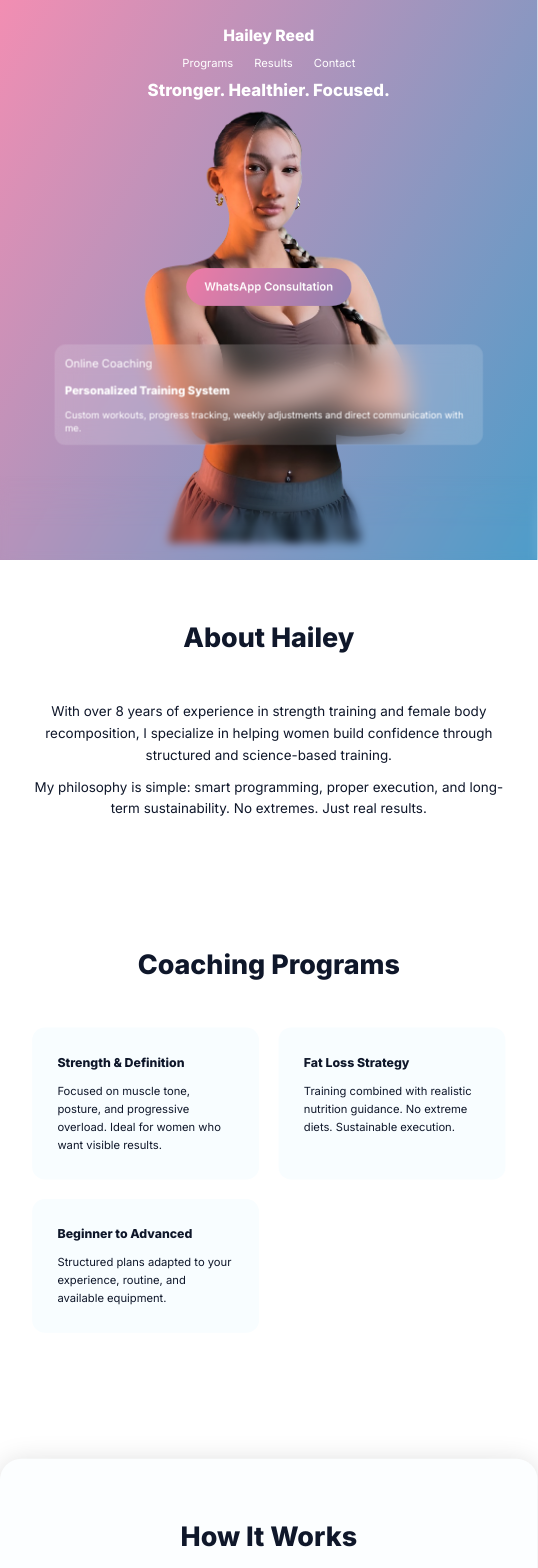
Repository: davidfsillva/Hailey-Reed-Coaching
Page: index.html
The author's editor kept a copy of each file at every save. The page is drawn from the files as they stood at one save, then again after a run of saves.
The browser window is 768 px wide. The pictures show the part of the page from y = 0 to 2240 px (the page is 5196 px tall), at 70% of full size.

Above is the page before, as saved 2026-02-12 12:06:41.

### index.html
<!DOCTYPE html>
<html lang="en">
<head>
  <meta charset="UTF-8" />
  <meta name="viewport" content="width=device-width, initial-scale=1.0" />
  <title>Personal Trainer | Online Coaching</title>
  <link rel="stylesheet" href="style.css" />
  <link rel="preconnect" href="https://fonts.googleapis.com">
  <link rel="preconnect" href="https://fonts.gstatic.com" crossorigin>
  <link href="https://fonts.googleapis.com/css2?family=Inter:wght@400;600;800&display=swap" rel="stylesheet">
</head>
<body>

<header class="hero">
  <nav class="nav">
    <h1 class="logo">Hailey Reed</h1>
    <div class="nav-links">
      <a href="#programs">Programs</a>
      <a href="#results">Results</a>
      <a href="#ct">Contact</a>
    </div>
  </nav>

  <img class="hero-img" src="img/Photoroom_20260211_45117 PM.png" alt="Trainer" />

  <div class="hero-gradient"></div>

  <div class="hero-content">
    <div class="hero-text">
<h2 class="hero-title">
  Stronger. <br>
  Healthier. <br>
  Focused.
</h2>

      <p>
        Evidence-based training designed for women who <br>
        want real strength, visible definition, and long-term <br>
        consistency — without wasting time.
      </p>
      <div class="cta-group hero-cta">
        <a href="https://wa.me/5599999999999" target="_blank" class="btn primary whatsapp-btn">
          WhatsApp Consultation
        </a>
      </div>
    </div>

    <div class="hero-card">
      <span class="tag">Online Coaching</span>
      <h3>Personalized Training System</h3>
      <p>
        Custom workouts, progress tracking, weekly adjustments
        and direct communication with me.
      </p>
    </div>
  </div>
</header>

<!-- ABOUT SECTION -->
<section class="section">
  <h3>About Hailey</h3>
  <div class="testimonial">
    <p>
      With over 8 years of experience in strength training and female body
      recomposition, I specialize in helping women build confidence through
      structured and science-based training.
    </p>
    <p>
      My philosophy is simple: smart programming, proper execution,
      and long-term sustainability. No extremes. Just real results.
    </p>
  </div>
</section>

<section id="programs" class="section">
  <h3>Coaching Programs</h3>

  <div class="cards">
    <div class="card">
      <h4>Strength & Definition</h4>
      <p>
        Focused on muscle tone, posture, and progressive overload.
        Ideal for women who want visible results.
      </p>
    </div>

    <div class="card">
      <h4>Fat Loss Strategy</h4>
      <p>
        Training combined with realistic nutrition guidance.
        No extreme diets. Sustainable execution.
      </p>
    </div>

    <div class="card">
      <h4>Beginner to Advanced</h4>
      <p>
        Structured plans adapted to your experience, routine,
        and available equipment.
      </p>
    </div>
  </div>
</section>

<!-- HOW IT WORKS -->
<section class="section dark">
  <h3>How It Works</h3>

  <div class="cards">
    <div class="card">
      <h4>1. Initial Consultation</h4>
      <p>
        We discuss your goals, routine, training history,
        and current physical condition.
      </p>
    </div>

    <div class="card">
      <h4>2. Custom Plan Creation</h4>
      <p>
        A personalized workout structure is designed
        specifically for your body and objectives.
      </p>
    </div>

    <div class="card">
      <h4>3. Weekly Adjustments</h4>
      <p>
        Progress tracking and adjustments ensure continuous
        improvement and optimal results.
      </p>
    </div>
  </div>
</section>

<section id="results" class="section dark">
  <h3>Client Feedback</h3>

  <div class="testimonial">
    <p>
      “This coaching completely changed how I train.
      Every session has a clear purpose and I finally feel strong.”
    </p>
    <span>— Samantha M.</span>
  </div>
</section>

<!-- TRANSFORMATION PROCESS -->
<section class="section">
  <h3>The Transformation Process</h3>

  <div class="testimonial">
    <p>
      Sustainable transformation is not about intensity —
      it's about consistency.
    </p>
    <p>
      Through progressive overload, intelligent recovery,
      and realistic nutrition, we create measurable and lasting results.
    </p>
  </div>
</section>

<!-- FAQ -->
<section class="section">
  <h3>Frequently Asked Questions</h3>

  <div class="cards">
    <div class="card">
      <h4>Do I need gym access?</h4>
      <p>
        Not necessarily. Programs can be adapted for home training
        with minimal equipment.
      </p>
    </div>

    <div class="card">
      <h4>Is nutrition included?</h4>
      <p>
        Yes. You receive structured guidance focused on sustainable habits,
        not restrictive diets.
      </p>
    </div>

    <div class="card">
      <h4>How long until I see results?</h4>
      <p>
        Most clients notice strength improvements within weeks
        and visible body changes within 8–12 weeks.
      </p>
    </div>
  </div>
</section>

<!-- FINAL CTA SECTION -->
<section id="ct" class="section dark">
  <div class="testimonial">
    <h3>Ready to Transform?</h3>
    <p>
      Your strongest, healthiest version starts with a decision.
      Let’s build it together.
    </p>
    <div class="cta-group center">
      <a href="https://wa.me/5599999999999" target="_blank" class="btn primary">
        Apply for Coaching
      </a>
    </div>
  </div>
</section>

<footer class="footer">
  <p>© 2026 Hailey Reed Coaching. All rights reserved.</p>
</footer>

<script src="script.js"></script>
</body>
</html>

### style.css
:root {
  --pink: #f07aa5;
  --blue: #2e8bc0;
  --dark: #0f172a;
  --light: #ffffff;
  --muted: #cbd5e1;
}

/* ================= RESET ================= */
* {
  margin: 0;
  padding: 0;
  box-sizing: border-box;
  font-family: 'Inter', sans-serif;
}

body {
  background: var(--light);
  color: var(--dark);
  line-height: 1.6;
}

/* ================= HERO ================= */
.hero {
  position: relative;
  min-height: 100vh;
  padding: 32px 8%;
  color: white;
  overflow: hidden;
}

/* IMAGEM */
.hero-img {
  position: absolute;
  top: 50%;
  left: 50%;
  transform: translate(-50%, -50%);
  width: 60%;
  max-width: 500px;
  height: auto;
  z-index: 2;
}

/* GRADIENTE */
.hero-gradient {
  position: absolute;
  inset: 0;
  background: linear-gradient(
    120deg,
    rgba(240,122,165,0.85),
    rgba(46,139,192,0.85)
  );
  z-index: 1;
}

/* CONTEÚDO */
.hero-content {
  position: relative;
  z-index: 5;
}

/* TEXTO */
.hero-text {
  display: flex;
  flex-direction: column;
  justify-content: center;
  height: 85vh;
  max-width: 550px;
}

.hero-title {
  font-size: clamp(2.8rem, 5vw, 4.5rem);
  line-height: 1.05;
  margin-bottom: 24px;
}

.hero-text p {
  max-width: 480px;
  font-size: 1rem;
  color: #f1f5f9;
}

/* BLUR INFERIOR */
.hero::after {
  content: "";
  position: absolute;
  bottom: 0;
  left: 0;
  width: 100%;
  height: 120px;
  backdrop-filter: blur(6px);
  -webkit-backdrop-filter: blur(6px);
  mask-image: linear-gradient(to top, black 40%, transparent 100%);
  pointer-events: none;
  z-index: 3;
}

/* ================= BOTÕES ================= */
.cta-group {
  display: flex;
  gap: 16px;
  margin-top: 32px;
  flex-wrap: wrap;
}

.btn {
  padding: 14px 26px;
  border-radius: 999px;
  font-weight: 600;
  text-decoration: none;
  display: inline-block;
  transition: all 0.35s cubic-bezier(0.22, 1, 0.36, 1);
  will-change: transform;
}

.whatsapp-btn {
  background: linear-gradient(120deg, var(--pink), var(--blue)) ;
  color: var(--light) !important;
}

.whatsapp-btn:hover {
  background: linear-gradient(120deg, var(--pink), var(--blue)) !important;
  color: var(--dark);
  box-shadow: 0 10px 25px rgba(0, 0, 0, 0.884);
  transform: translateY(-4px) !important;
  background-size: 200% 200%;

}

.btn.primary {
  background: linear-gradient(120deg, var(--pink), var(--blue));
  color: var(--light);
  background-size: 200% 200%;
}

.btn.primary:hover {
  background: linear-gradient(120deg, var(--pink), var(--blue));
  color: white;
  background-position: right center;
  transform: translateY(-4px) !important;
  box-shadow: 0 10px 25px rgba(240,122,165,0.3);
  transition: all 0.4s ease;


}

.btn.secondary {
  background: linear-gradient(120deg, var(--pink), var(--blue));
  color: var(--light);
  background-size: 200% 200%;

}

.btn.secondary:hover {
  background: linear-gradient(120deg, var(--pink), var(--blue));  color: white;
  box-shadow: 0 10px 25px rgba(240,122,165,0.3);
  transform: translateY(-4px) !important;



}


/* ================= HERO CARD ================= */
.hero-card {
  position: absolute;
  top: 42%;
  right: 3%;
  width: 300px;
  background: rgba(255,255,255,0.15);
  backdrop-filter: blur(18px);
  padding: 32px;
  border-radius: 20px;
  z-index: 4;
}



.hero-card h3 {
  margin: 12px 0;
}

/* ================= NAVBAR ================= */
.nav {
  position: relative;
  z-index: 10;
  display: flex;
  justify-content: space-between;
  align-items: center;
}

.logo {
  font-weight: 800;
  font-size: 1.4rem;
}

.nav-links a {
  position: relative;
  color: white;
  margin-left: 24px;
  text-decoration: none;
  font-weight: 500;
  padding-bottom: 4px;
}

.nav-links a::after {
  content: "";
  position: absolute;
  left: 0;
  bottom: 0;
  width: 0%;
  height: 2px;
  background: white;
  transition: width 0.3s ease;
}

.nav-links a:hover::after {
  width: 100%;
}

/* ================= SECTIONS ================= */
.section {
  padding: 100px 8%;
  max-width: 1200px;
  margin: auto;
}

.section h3 {
  font-size: 2.4rem;
  margin-bottom: 60px;
  text-align: center;
}

.cards {
  display: grid;
  grid-template-columns: repeat(auto-fit, minmax(260px, 1fr));
  gap: 28px;
}

.card {
  background: rgb(248, 253, 255);
  padding: 36px;
  border-radius: 18px;
  transition: 0.3s ease;
}

.card:hover {
  transform: translateY(-6px);
}

.card h4 {
  margin-bottom: 14px;
  font-size: 1.1rem;
}

/* ================= DARK SECTIONS ================= */
.dark {
  background: rgb(252, 254, 255);
  border-radius: 30px;
  color: var(--dark);
  margin: 100px auto;
  padding: 100px 8%;
  box-shadow: 0 5px 40px rgba(0,0,0,0.15);
}


.dark .card {
  background: rgba(255,255,255,0.06);
  color: var(--dark);
  box-shadow: 0 20px 60px rgba(0,0,0,0.15);
}

.dark .card:hover {
  background: rgba(255,255,255,0.1);
}

/* ================= TESTIMONIAL ================= */
.testimonial {
  max-width: 750px;
  margin: auto;
  text-align: center;
}

.testimonial p {
  font-size: 1.2rem;
  margin-bottom: 16px;
}

.contact-text {
  text-align: center;
  max-width: 520px;
  margin: 0 auto 32px;
}

.center {
  justify-content: center;
}

/* ================= FOOTER ================= */
.footer {
  padding: 32px;
  text-align: center;
  background: linear-gradient(120deg, var(--pink), var(--blue));
  color: var(--muted);
  font-size: 0.85rem;
}

/* ================= RESPONSIVE ================= */
@media (max-width: 1024px) {

  .hero-card {
    position: relative;
    top: unset;
    right: unset;
    margin-top: 40px;
    width: 100%;
    max-width: 400px;
  }

  .hero-text {
    height: auto;
    text-align: center;
    margin-top: 80px;
  }

  .hero-text p {
    margin: auto;
  }

  .hero-img {
    width: 75%;
  }
}

@media (max-width: 768px) {

  .nav {
    flex-direction: column;
    align-items: center;
  }

  .nav-links {
    display: flex;
    gap: 30px;
    margin-top: 10px;
  }

  .nav-links a {
    margin-left: 0;
  }

  .hero-card {
    width: 95%;
    max-width: 660px;
    margin: 275px auto 0;
    padding: 15px;
    border-radius: 16px;
  }

  .hero-card h3 {
    font-size: 1rem;
  }

  .hero-card p {
    font-size: 0.85rem;
    line-height: 1.4;
  }

  .hero-img {
    width: 90%;
    top: 50%;
  }

  .hero-title {
    font-size: 1.5rem;
    margin-bottom: 20px;
    display: flex;
    justify-content: center;
    gap: 8px;
    flex-wrap: nowrap;
    line-height: 1;
  }

  .hero-title br {
    display: none;
  }

  .hero-text {
    height: auto;
    justify-content: flex-start;
    margin-top: 10px;
    text-align: center;
  }

  .hero-text p {
    display: none;
  }

  .section {
    padding: 80px 6%;
  }

  /* Apenas o botão do HERO */
  .hero-cta {
    position: relative;
    transform: none;
    z-index: 6;
    justify-content: center;
  }

  .hero-content {
    display: flex;
    flex-direction: column;
    align-items: center; /* centraliza horizontalmente */
    justify-content: center; /* centraliza verticalmente */
    gap: 24px; /* espaço entre título, botão e card */
    z-index: 5;
    position: relative;
  }


  /* Botões de contato / final */
  .cta-group {
    position: relative;
    transform: none;
    z-index: 1;
    display: flex;
    justify-content: center;
  }

  .btn.primary {
    transform: none;
  }

  .whatsapp-btn {
    margin-top: 190px;
    position: absolute;       /* permite mover livremente */
    transform: translateX(-50%); /* centraliza exatamente */
    z-index: 6;               /* acima de imagens e cards */
  }
}

@media (max-width: 480px) {

  .hero {
    padding: 24px 6%;
  }

  .btn {
    width: 100%;
    text-align: center;
  }

  .cta-group {
    flex-direction: column;
  }
}

### script.js
// ===============================
// SMOOTH SCROLL
// ===============================
document.querySelectorAll('a[href^="#"]').forEach(anchor => {
  anchor.addEventListener('click', function (e) {
    const target = document.querySelector(this.getAttribute('href'));
    if (!target) return;

    e.preventDefault();
    target.scrollIntoView({ behavior: 'smooth' });
  });
});


// ===============================
// NAVBAR SCROLL EFFECT
// ===============================
const nav = document.querySelector(".nav");

window.addEventListener("scroll", () => {
  if (!nav) return;

  if (window.scrollY > 50) {
    nav.style.background = "rgba(15, 23, 42, 0.85)";
    nav.style.backdropFilter = "blur(10px)";
    nav.style.padding = "16px 8%";
    nav.style.transition = "all 0.3s ease";
  } else {
    nav.style.background = "transparent";
    nav.style.backdropFilter = "none";
    nav.style.padding = "";
  }
});


// ===============================
// SCROLL REVEAL (melhor performance)
// ===============================
const revealElements = document.querySelectorAll(".section, .card, .testimonial");

const revealOnScroll = () => {
  const triggerBottom = window.innerHeight * 0.85;

  revealElements.forEach(el => {
    const elementTop = el.getBoundingClientRect().top;

    if (elementTop < triggerBottom) {
      el.style.opacity = "1";
      el.style.transform = "translateY(0)";
    }
  });
};

// Estado inicial
revealElements.forEach(el => {
  el.style.opacity = "0";
  el.style.transform = "translateY(40px)";
  el.style.transition = "opacity 0.8s ease, transform 0.8s ease";
});

window.addEventListener("scroll", revealOnScroll);
window.addEventListener("load", revealOnScroll);



// ===============================
// HERO IMAGE PARALLAX (DESKTOP ONLY)
// ===============================
const heroImg = document.querySelector(".hero-img");

if (heroImg && window.innerWidth > 768) {
  window.addEventListener("scroll", () => {
    const scrollPosition = window.scrollY;
    heroImg.style.transform =
      `translate(-50%, calc(-50% + ${scrollPosition * 0.12}px))`;
  });
}



// ===============================
// BUTTON FADE-IN ON LOAD
// ===============================
window.addEventListener("load", () => {
  const buttons = document.querySelectorAll(".btn");

  buttons.forEach((btn, index) => {
    btn.style.opacity = "0";
    btn.style.transform = "translateY(20px)";
    btn.style.transition = "opacity 0.6s ease, transform 0.6s ease";

    setTimeout(() => {
      btn.style.opacity = "1";
      btn.style.transform = "translateY(0)";
    }, 300 + index * 150);
  });
});



// ===============================
// CARD HOVER GLOW EFFECT (desktop only)
// ===============================
if (window.innerWidth > 768) {

  const cards = document.querySelectorAll(".card");

  cards.forEach(card => {

    card.addEventListener("mousemove", (e) => {
      const rect = card.getBoundingClientRect();
      const x = e.clientX - rect.left;
      const y = e.clientY - rect.top;

      card.style.background = `
        radial-gradient(circle at ${x}px ${y}px,
        rgba(240,122,165,0.18),
        rgba(255,255,255,0.03))
      `;
    });

    card.addEventListener("mouseleave", () => {
      card.style.background = "";
    });

  });

}

After the next 2 saves:
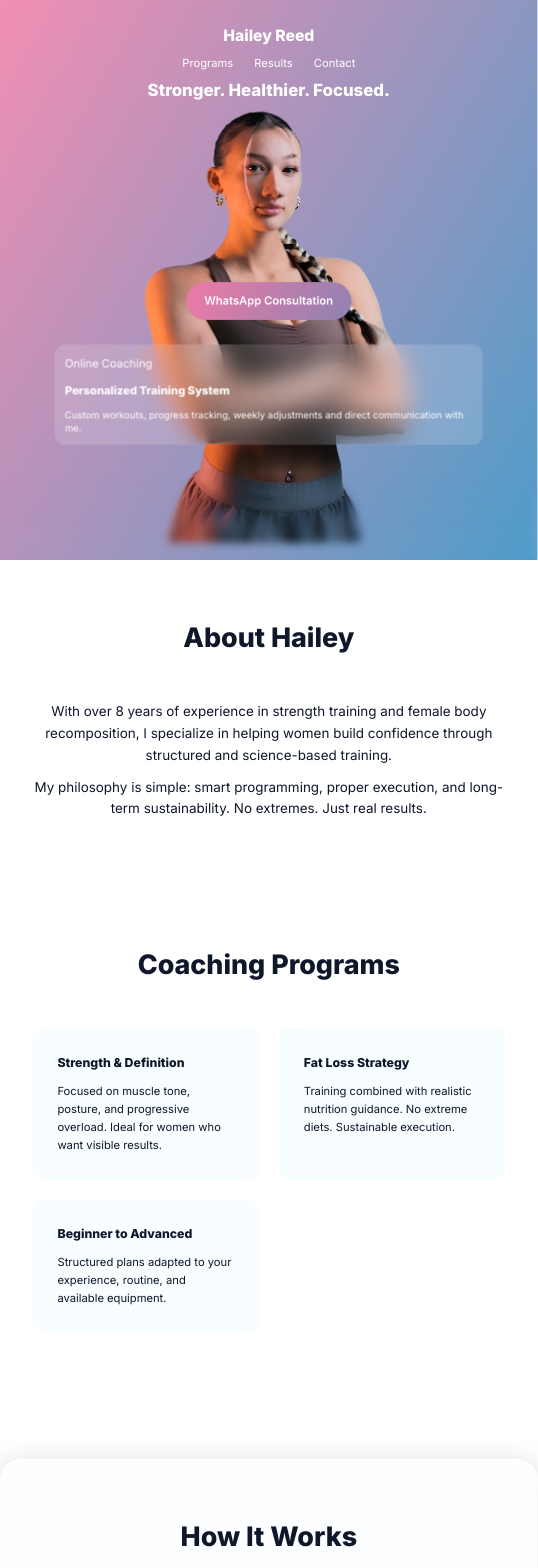
The 2 saves are shown as one change because they came seconds apart.
The last was saved 10 s later.
--- a/style.css
+++ b/style.css
@@ -433,7 +433,7 @@ body {
   }
 
   .whatsapp-btn {
-    margin-top: 190px;
+    margin-top: 210px;
     position: absolute;       /* permite mover livremente */
     transform: translateX(-50%); /* centraliza exatamente */
     z-index: 6;               /* acima de imagens e cards */
